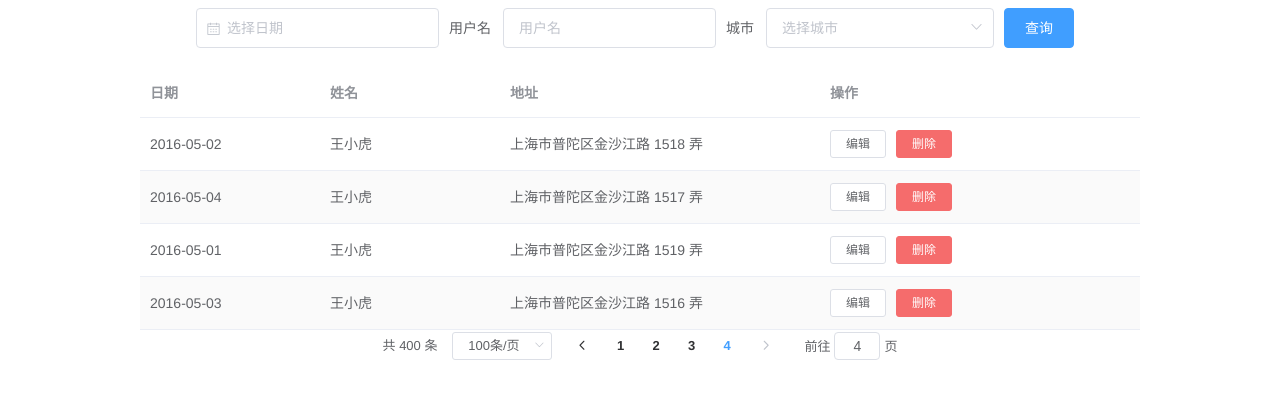
Repository: chang-meng-yun/vue_project
Page: /#/
An editor plug-in stored every save of this project. The page is shown before and after the next save, followed by the edit.
The browser window is 1280 px wide. The pictures show the whole page.
The project was rebuilt for these pictures with package versions that can differ from the ones it lists, and the page was loaded fresh each time. Also part of the build but not shown: vue.config.js, src/VBindStudy.vue, src/components/HelloWorld.vue, src/views/HomeView.vue.

Above is the page before, as saved 2024-06-27 11:37:18.

After the next save:
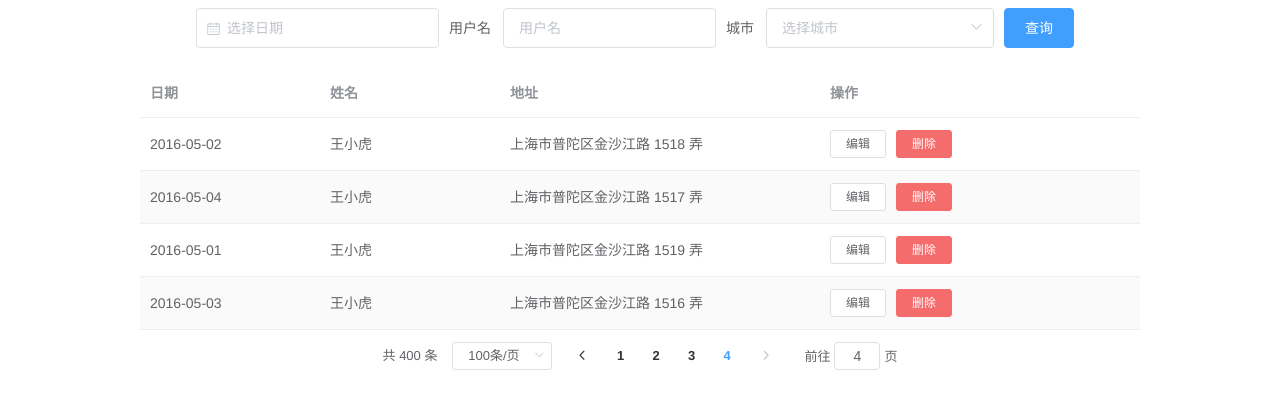
Saved 23 s later.
--- a/src/FromFrame.vue
+++ b/src/FromFrame.vue
@@ -45,7 +45,7 @@
       </el-table>
     </div>
     <!-- 完整功能--页码 -->
-    <div class="block">
+    <div class="block" style="margin-top: 10px;">
         <span class="demonstration"></span>
         <el-pagination
           @size-change="handleSizeChange"
